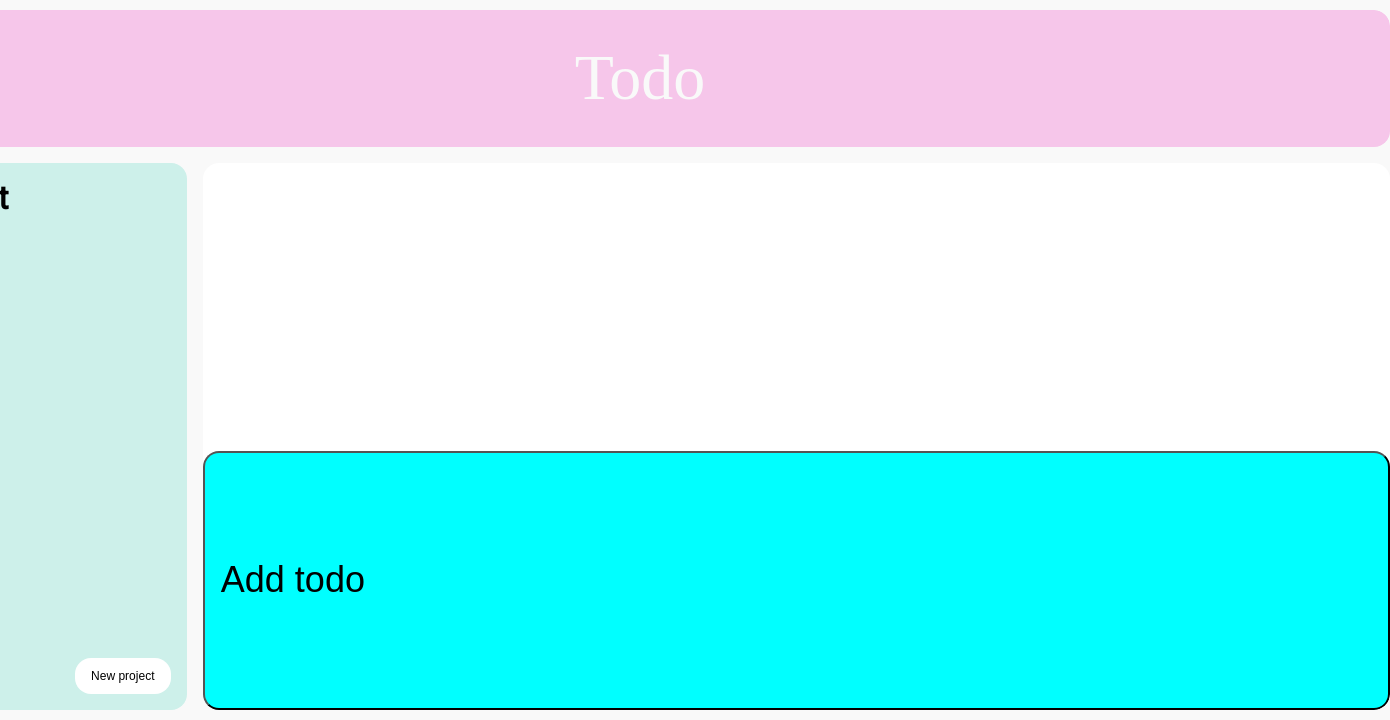
Repository: yeetzpxoci/todo-list
Page: dist/index.html
An editor plug-in stored every save of this project. The page is shown before and after a run of saves, followed by the edit.
The browser window is 1280 px wide. The page is 1390 px wide, so the pictures cover 1390 px, including what lies to the right of the window. The pictures show the whole page.
Some web fonts or font styles are not loaded; a fallback is used.

Above is the page before, as saved 2023-03-08 14:38:55.

After the next 2 saves:
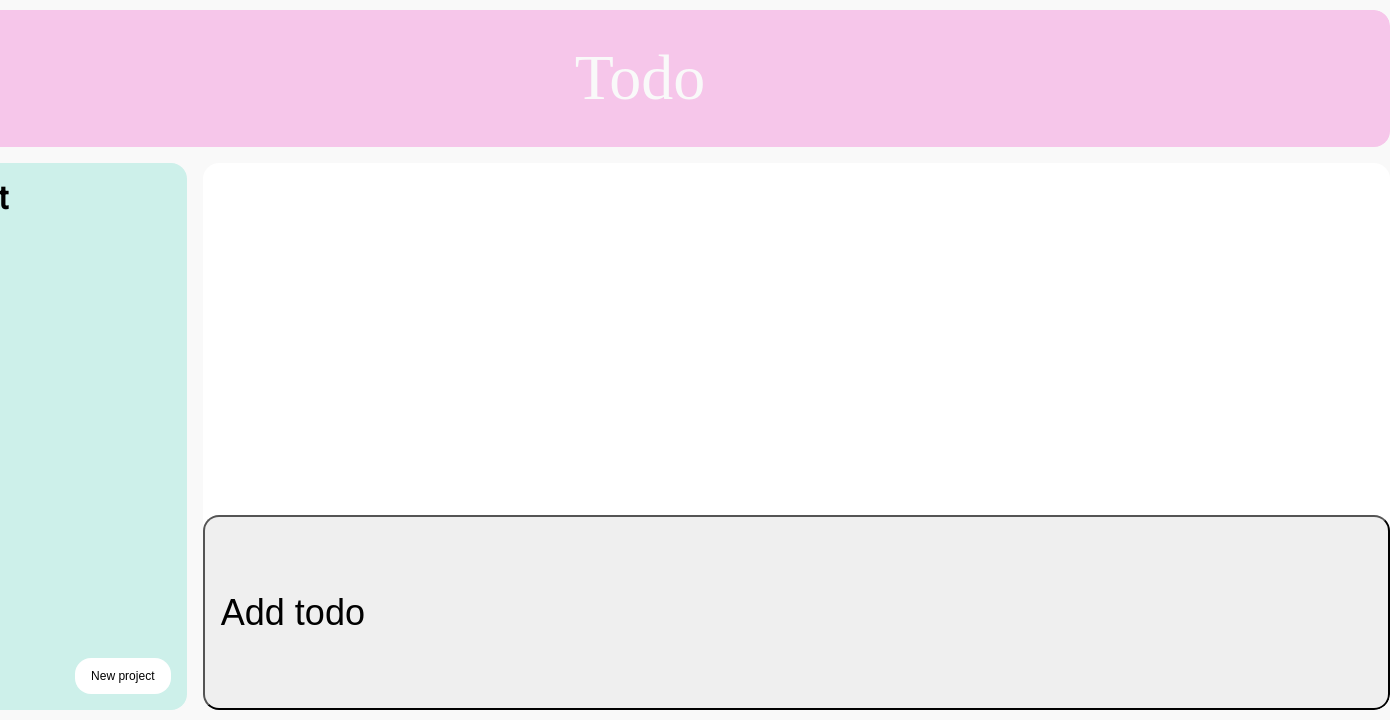
The 2 saves are shown as one change because they came seconds apart.
The last was saved 8 s later.
--- a/dist/styles.css
+++ b/dist/styles.css
@@ -84,14 +84,12 @@ p {
     display: flex;
     justify-content: space-between;
     align-items: center;
-    height: 100%;
+    height: 60%;
     border-radius: 16px;
     padding-left: 16px;
     padding-right: 16px;
     font-size: 36px;
-    cursor: pointer;
-    background-color: aqua;
-}
+    cursor: pointer;}
 
 .project-name {
     font-size: 32px;
